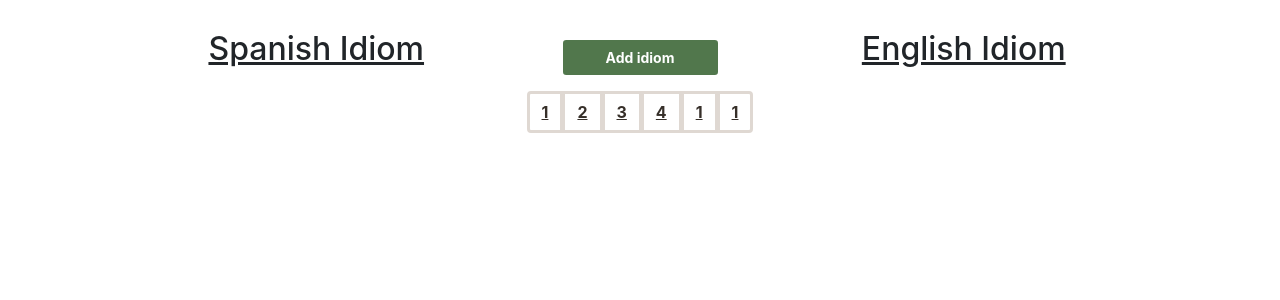
Repository: JK27/idioms-english-spanish
Page: http://localhost/
The author's editor kept a record of every edit. The page is drawn from the files as they stood at one moment, then again after the next edit.
The browser window is 1280 px wide. The pictures show the whole page.
Some web libraries are served in a nearby version. The page is served by the project's application, run on Flask 3 (idioms.py). Queries for data that is not in the repository find no rows.

Above is the page before.

### templates/idioms.html
{% extends "base.html" %} {% block content %}

<!------------------------------------------------------------------ Header row-->
<div class="row header-row">
    <div class="col-d-none col-md-5 header-item">
        <h2>Spanish Idiom</h2>
    </div>
    <div class="col-d-none col-md-2 header-item">
        <a class="btn btn-success btn-sm" id="add-button" href="{{url_for('add_idiom')}}" role="button"><strong>Add idiom </strong></a>
    </div>
    <div class="col-d-none col-md-5 header-item">
        <h2>English Idiom</h2>
    </div>
</div>
{% for idiom in idioms %}

<div class="row">
    <!----------------------------------------------------------------------------- Spanish idiom card-->

    <div class="col d-md-none mobile-card">
        <h4>Spanish Idiom</h4>
    </div>
    <div class="card col-12 col-md-5" id="idiom-card">
        <div class="card-body">
            <h5 class="card-title"><em>"{{idiom.spanish_idiom}}"</em></h5>
            <p class="card-text"> {{idiom.english_literal}}</p>
            <p class="card-text">{{idiom.english_meaning}}</p>
        </div>
    </div>
    <!------------------------------------------------------------------------------ Middle column-->
    <div class="card middle-column col-12 col-md-2">
        <h5 class="card-title d-none d-md-block"><em>Equivalent idiom</em></h5>
        <p class="card-text d-none d-md-block">Literal translation</p>
        <p class="card-text d-none d-md-block">Meaning</p>
        <a class="btn btn-success btn-sm middle-button d-md-none" id="add-button" href="{{url_for('add_idiom')}}" role="button"><strong>Add idiom </strong></a>

        <a class="btn btn-primary btn-sm middle-button" id="edit-button" href="{{url_for('edit_idiom', idiom_id=idiom._id)}}" role="button"><strong>Edit this idiom </strong></a>
        <a class="btn btn-danger btn-sm middle-button" id="delete-button" data-toggle="modal" href="#deletion-modal{{ idiom._id }}" role="button"><strong>Delete this idiom </strong></a>

        <!-------------------------------------------------------------------------- Deletion modal-->

        <div class="modal" tabindex="-1" role="dialog" id="deletion-modal{{ idiom._id }}">
            <div class="modal-dialog" role="document">
                <div class="modal-content">
                    <div class="modal-header">
                        <h5 class="modal-title">Para el carro! - Hold your horses!</h5>
                        <button type="button" class="close" data-dismiss="modal" aria-label="Close">
          <span aria-hidden="true">&times;</span>
        </button>
                    </div>
                    <div class="modal-body">
                        <h6>Are you sure you want to delete this idiom?</h6>
                        <h5><em>"{{idiom.spanish_idiom}}"</em></h5>
                    </div>
                    <div class="modal-footer">
                        <button class="btn btn-secondary  btn-sm middle-button" id="cancel-button" data-dismiss="modal"><strong>Cancel </strong>
                        </button>
                        <a class="btn btn-danger btn-sm middle-button" id="delete-button" href="{{url_for('delete_idiom', idiom_id=idiom._id)}}" role="button"><strong>Delete this idiom </strong></a>
                    </div>
                </div>
            </div>
        </div>
    </div>

    <!----------------------------------------------------------------------------- English idiom card-->

    <div class="col d-md-none mobile-card">
        <h4>English Idiom</h4>
    </div>
    <div class="card col-12 col-md-5" id="idiom-card">
        <div class="card-body">
            <h5 class="card-title"><em>"{{idiom.english_idiom}}"</em></h5>
            <p class="card-text">{{idiom.spanish_literal}}</p>
            <p class="card-text">{{idiom.spanish_meaning}}</p>
        </div>
    </div>

    <hr class="block-divider block-divider--long">

</div>

{% endfor %}

<div class="row">
    <div class="col">
        <nav aria-label="Page navigation">
            <ul class="pagination justify-content-center">
                <li class="page-item"><a class="page-link" href="{{url_for('get_idioms')}}"><strong>1</strong></a></li>
                <li class="page-item"><a class="page-link" href="{{url_for('get_idioms')}}"><strong>2</strong></a></li>
                <li class="page-item"><a class="page-link" href="{{url_for('get_idioms')}}"><strong>3</strong></a></li>
                <li class="page-item"><a class="page-link" href="{{url_for('get_idioms')}}"><strong>4</strong></a></li>
                <li class="page-item"><a class="page-link" href="{{url_for('get_idioms')}}"><strong>1</strong></a></li>
                <li class="page-item"><a class="page-link" href="{{url_for('get_idioms')}}"><strong>1</strong></a></li>
            </ul>
        </nav>
    </div>
</div>


{% endblock %}

### templates/base.html
<!DOCTYPE html>
<html lang="en">

<head>
    <meta charset="UTF-8">
    <meta name="viewport" content="width=device-width, initial-scale=1.0">
    <meta http-equiv="X-UA-Compatible" content="ie=edge">

    <link href="https://stackpath.bootstrapcdn.com/bootstrap/4.3.1/css/bootstrap.min.css" rel="stylesheet" integrity="sha384-ggOyR0iXCbMQv3Xipma34MD+dH/1fQ784/j6cY/iJTQUOhcWr7x9JvoRxT2MZw1T" crossorigin="anonymous">
    <link rel="stylesheet" href="{{url_for('static', filename='css/style.css')}}" type="text/css" />



    <title>Idioms English - Spanish</title>
</head>

<body>
    <div class="container">
        {% block content %} {% endblock %}
    </div>

    <script src="https://cdnjs.cloudflare.com/ajax/libs/jquery/3.4.1/jquery.min.js" integrity="sha256-CSXorXvZcTkaix6Yvo6HppcZGetbYMGWSFlBw8HfCJo=" crossorigin="anonymous"></script>
    <script src="https://stackpath.bootstrapcdn.com/bootstrap/4.3.1/js/bootstrap.min.js" integrity="sha384-JjSmVgyd0p3pXB1rRibZUAYoIIy6OrQ6VrjIEaFf/nJGzIxFDsf4x0xIM+B07jRM" crossorigin="anonymous"></script>
    <script src="https://kit.fontawesome.com/5d6ba07855.js"></script>

</body>

</html>

### idioms.py
import os
from flask import Flask, render_template, redirect, request, url_for
from flask_pymongo import PyMongo
from bson.objectid import ObjectId

app = Flask(__name__)

app.config["MONGO_DBNAME"] = "idioms-and-proverbs"
app.config["MONGO_URI"] = "mongodb+srv://jk27:07diciembre18@cluster0-9pga0.mongodb.net/idioms-and-proverbs?retryWrites=true&w=majority"

mongo = PyMongo(app)

@app.route("/")
@app.route("/get_idioms")
def get_idioms():

    pageSize = 10
    pageNum = 1

    return render_template("idioms.html", idioms=mongo.db.idioms.find().skip(pageSize*(pageNum-1)).limit(pageSize).sort("_id", -1))

@app.route("/page_two")
def page_two():

    pageSize = 10
    pageNum = 2

    return render_template("idioms.html", idioms=mongo.db.idioms.find().skip(pageSize*(pageNum-1)).limit(pageSize).sort("_id", -1))

@app.route("/page_three")
def page_three():

    pageSize = 10
    pageNum = 3

    return render_template("idioms.html", idioms=mongo.db.idioms.find().skip(pageSize*(pageNum-1)).limit(pageSize).sort("_id", -1))

@app.route("/page_four")
def page_four():

    pageSize = 10
    pageNum = 4

    return render_template("idioms.html", idioms=mongo.db.idioms.find().skip(pageSize*(pageNum-1)).limit(pageSize).sort("_id", -1))

@app.route("/page_five")
def page_five():

    pageSize = 10
    pageNum = 5

    return render_template("idioms.html", idioms=mongo.db.idioms.find().skip(pageSize*(pageNum-1)).limit(pageSize).sort("_id", -1))

@app.route("/page_six")
def page_six():

    pageSize = 10
    pageNum = 6

    return render_template("idioms.html", idioms=mongo.db.idioms.find().skip(pageSize*(pageNum-1)).limit(pageSize).sort("_id", -1))




# ---------------------------------------------------------------------     Functions to add idioms -- #
@app.route("/add_idiom")
def add_idiom():
    return render_template("addidiom.html")

@app.route("/insert_idiom", methods=["POST"])                           #-- Data from form in addidiom.html is posted using this function...
def insert_idiom():
    idioms = mongo.db.idioms                                            #-- ... data is inserted to the idioms database...
    idioms.insert_one(request.form.to_dict())                           #-- ... inserting one item to the dictionary...
    return redirect(url_for("get_idioms"))                              #-- ... and then redirecting to /get_idioms

# ---------------------------------------------------------------------     Functions to edit idioms -- #
@app.route("/edit_idiom/ <idiom_id>")
def edit_idiom(idiom_id):                                               #-- Use idiom_id to target the idiom that want to edit
    the_idiom = mongo.db.idioms.find_one({"_id":ObjectId(idiom_id)})    #-- Retrieve the idiom from the idioms database, using its id to find it...
    return render_template("editidiom.html", idiom=the_idiom)           #-- ... and then redirecting to /editidiom.html

@app.route("/update_idiom/<idiom_id>", methods=["POST"])                #-- Data from form in editidiom.html is posted using this function...
def update_idiom(idiom_id):
    idioms = mongo.db.idioms                                            #-- ... data is updated in the idioms database...
    idioms.update({"_id":ObjectId(idiom_id)},                           #-- ... updating the item with a specific id...
    {
        "spanish_idiom": request.form.get("spanish_idiom"),             #-- ... each field for that item will be updated taking the input from...
        "english_literal": request.form.get("english_literal"),         #-- ... the corresponding field on the form
        "english_meaning": request.form.get("english_meaning"),
        "english_idiom": request.form.get("english_idiom"),
        "spanish_literal": request.form.get("spanish_literal"),
        "spanish_meaning": request.form.get("spanish_meaning")
    })
    return redirect(url_for("get_idioms"))

# -------------------------------------------------------------------- Function to delete idioms -- #
@app.route("/delete_idiom/<idiom_id>")
def delete_idiom(idiom_id):
    mongo.db.idioms.remove({"_id": ObjectId(idiom_id)})
    return redirect(url_for("get_idioms"))





if __name__ == "__main__":
    app.run(host=os.environ.get("IP"),
            port=int(os.environ.get("PORT")),
            debug=True)

### static/css/style.css
/*----------------------------------------------------------------- Header row */

h2 {
    text-align: center;
    text-decoration: underline;
}

.header-row {
    margin-top: 30px;
    margin-bottom: 15px;
}

.row {
    margin-right: 0px;
    margin-left: 0px;
}

#add-button {
    width: 100%;
    margin-top: 10px;
    background-color: #51774c;
    border-color: #51774c;
    border-width: medium;
}

#add-button:hover,
#add-button:active,
#add-button:focus,
#add-button:active:focus {
    color: #51774c;
    text-decoration: none;
    background-color: #ffffff;
    border-color: #51774c;
}

/*--------------------------------------------------------------------- Cards */

.card {
    margin-bottom: 15px;
}

#idiom-card {
    background-color: #ffcc9926;
    border-width: medium;
}

.mobile-card {
    text-decoration: underline;
    text-align: center;
}

/*--------------------------------------------------------------- Middle column */

.middle-column {
    border: 0;
    padding-top: 20px;
    text-align: center;
}

/* ------------------------------------------------------------------- Buttons */

.middle-button {
    margin-bottom: 5px;
}

.btn-block {
    margin-right: 15px;
    margin-left: 15px;
}

#edit-button {
    background-color: #3e0867;
    border-color: #3e0867;
    border-width: medium;
}

#edit-button:hover,
#edit-button:active,
#edit-button:focus,
#edit-button:active:focus {
    color: #3e0867;
    text-decoration: none;
    background-color: #ffffff;
    border-color: #3e0867;
}

#delete-button {
    background-color: #920815;
    border-color: #920815;
    border-width: medium;
}

#delete-button:hover,
#delete-button:active,
#delete-button:focus,
#delete-button:active:focus {
    color: #920815;
    text-decoration: none;
    background-color: #ffffff;
    border-color: #920815;
}

/*----------------------------------------------------------------- Block divider */

.block-divider {
    width: 100%;
    height: 5px;
    border: 0;
    background-color: #dfd8d2;
}

/*------------------------------------------------------------------ Deletion modal */

#cancel-button {
    background-color: #33373a;
    border-color: #33373a;
    border-width: medium;
}

#cancel-button:hover,
#cancel-button:active,
#cancel-button:focus,
#cancel-button:active:focus {
    color: #33373a;
    text-decoration: none;
    background-color: #ffffff;
    border-color: #33373a;
}

/* ---------------------------------------------------------------- Pagination */

.page-link {
    color: #362f29;
    text-decoration: underline;
    border-width: medium;
    border-color: #dfd8d2;
}

.page-link:hover,
.page-link:active,
.page-link:focus,
.page-link:active:focus {
    color: #362f29;
    text-decoration: none;
    border-color: #362f29;
}

/*-------------------------------------------------------------- Media queries */

@media (min-width: 768px) {
    .card {
        word-wrap: normal;
    }
}

@media (max-width: 767px) {
    .header-item {
        display: none;
    }
    .middle-column {
        padding-top: 0;
    }
}

After the next edit:
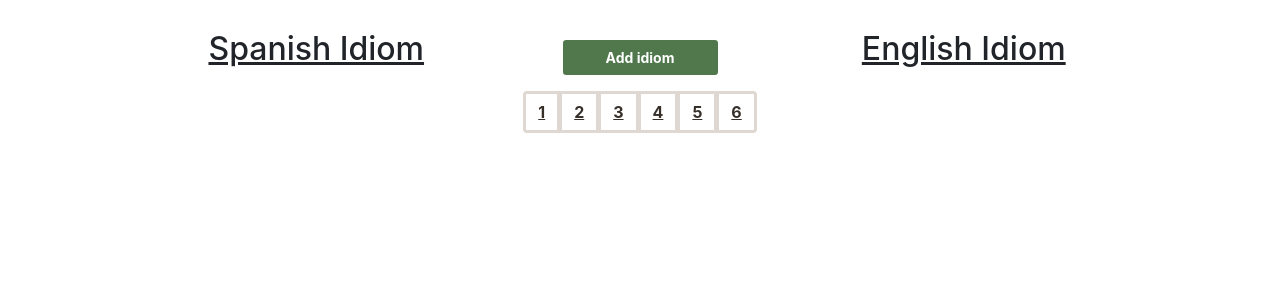
The edit:
--- a/templates/idioms.html
+++ b/templates/idioms.html
@@ -89,8 +89,8 @@
                 <li class="page-item"><a class="page-link" href="{{url_for('get_idioms')}}"><strong>2</strong></a></li>
                 <li class="page-item"><a class="page-link" href="{{url_for('get_idioms')}}"><strong>3</strong></a></li>
                 <li class="page-item"><a class="page-link" href="{{url_for('get_idioms')}}"><strong>4</strong></a></li>
-                <li class="page-item"><a class="page-link" href="{{url_for('get_idioms')}}"><strong>1</strong></a></li>
-                <li class="page-item"><a class="page-link" href="{{url_for('get_idioms')}}"><strong>1</strong></a></li>
+                <li class="page-item"><a class="page-link" href="{{url_for('get_idioms')}}"><strong>5</strong></a></li>
+                <li class="page-item"><a class="page-link" href="{{url_for('get_idioms')}}"><strong>6</strong></a></li>
             </ul>
         </nav>
     </div>
